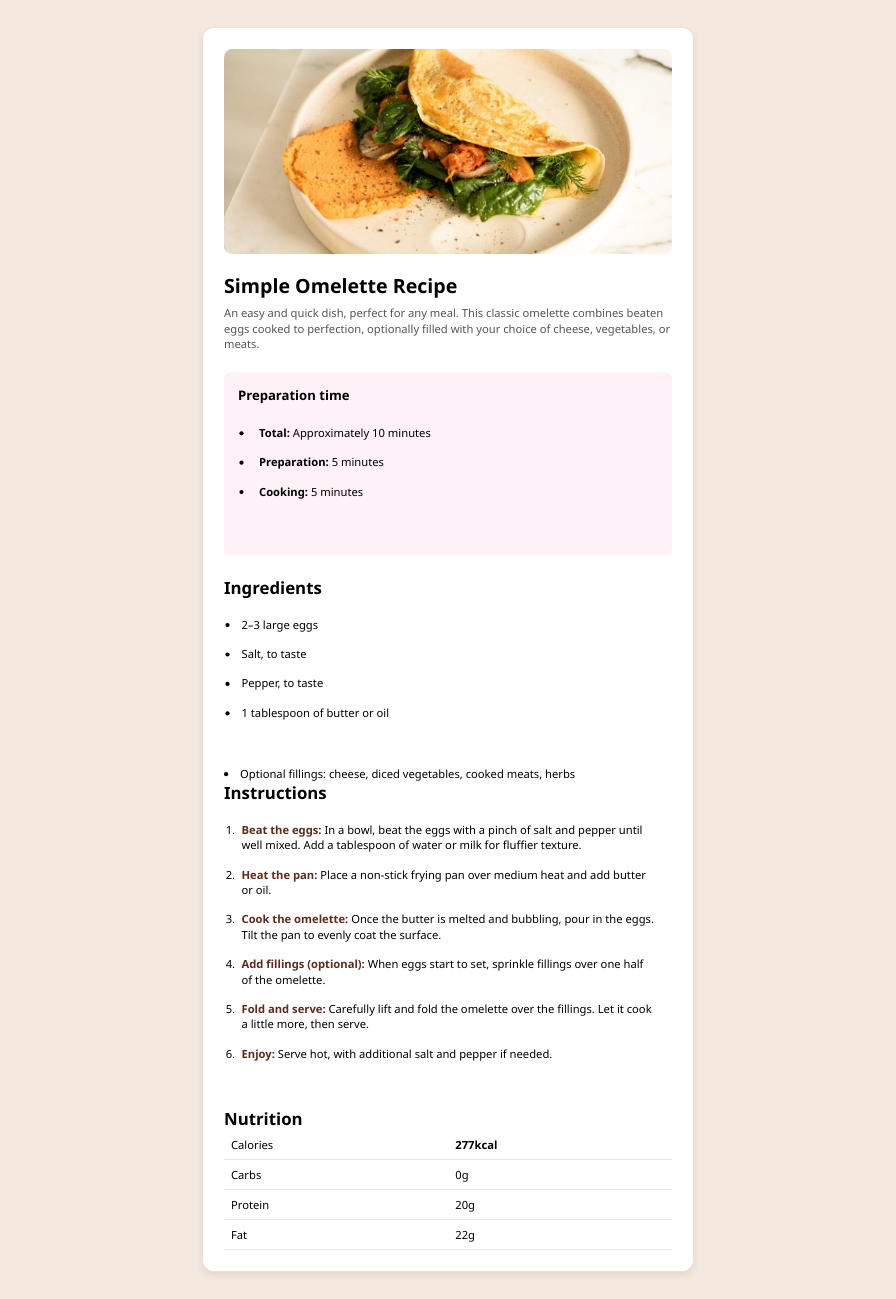
Repository: akbasliogulcan/omletterecipe
Page: index.html
An editor plug-in stored every save of this project. The page is shown before and after the next save, followed by the edit.
The browser window is 1280 px wide. The pictures show the whole page, at 70% of full size.

Above is the page before, as saved 2025-07-20 23:37:27.

### index.html
<!DOCTYPE html>
<html lang="en">

<head>
  <meta charset="UTF-8" />
  <meta name="viewport" content="width=device-width, initial-scale=1.0" />
  <title>Simple Omelette Recipe</title>
  <link rel="stylesheet" href="style.css" />
</head>

<body>
  <div class="container">
    <img src="./assets/images/image-omelette.jpeg" alt="Simple Omelette" class="header-image" />

    <h1>Simple Omelette Recipe</h1>
    <p class="description">
      An easy and quick dish, perfect for any meal. This classic omelette combines beaten eggs
      cooked to perfection, optionally filled with your choice of cheese, vegetables, or meats.
    </p>

    <div class="prep-time">
      <h3>Preparation time</h3>
      <ul>
        <li><strong>Total:</strong> Approximately 10 minutes</li>
        <li><strong>Preparation:</strong> 5 minutes</li>
        <li><strong>Cooking:</strong> 5 minutes</li>
      </ul>
    </div>

    <h2>Ingredients</h2>
    <div class="ingredients">
      <ul>
        <li>2–3 large eggs</li>
        <li>Salt, to taste</li>
        <li>Pepper, to taste</li>
        <li>1 tablespoon of butter or oil</li>
      </ul>
    </div>
    <li>Optional fillings: cheese, diced vegetables, cooked meats, herbs</li>
    </ul>

    <h2>Instructions</h2>
    <ol class="instructions">
      <li><strong>Beat the eggs:</strong> In a bowl, beat the eggs with a pinch of salt and pepper until well mixed. Add
        a tablespoon of water or milk for fluffier texture.</li>
      <li><strong>Heat the pan:</strong> Place a non-stick frying pan over medium heat and add butter or oil.</li>
      <li><strong>Cook the omelette:</strong> Once the butter is melted and bubbling, pour in the eggs. Tilt the pan to
        evenly coat the surface.</li>
      <li><strong>Add fillings (optional):</strong> When eggs start to set, sprinkle fillings over one half of the
        omelette.</li>
      <li><strong>Fold and serve:</strong> Carefully lift and fold the omelette over the fillings. Let it cook a little
        more, then serve.</li>
      <li><strong>Enjoy:</strong> Serve hot, with additional salt and pepper if needed.</li>
    </ol>

    <h2>Nutrition</h2>
    <table class="nutrition-table">
      <tr>
        <td>Calories</td>
        <td><strong>277kcal</strong></td>
      </tr>
      <tr>
        <td>Carbs</td>
        <td>0g</td>
      </tr>
      <tr>
        <td>Protein</td>
        <td>20g</td>
      </tr>
      <tr>
        <td>Fat</td>
        <td>22g</td>
      </tr>
    </table>
  </div>
</body>

</html>

### style.css
* {
  box-sizing: border-box;
  margin: 0;
  padding: 0;
}

body {
  font-family: "Segoe UI", sans-serif;
  background-color: #f4e8df;
}

.container {
  background-color: white;
  max-width: 700px;
  margin: 40px auto;
  padding: 30px;
  border-radius: 16px;
  box-shadow: 0 4px 12px rgba(0, 0, 0, 0.1);
}

.header-image {
  width: 100%;
  border-radius: 12px;
  margin-bottom: 20px;
}

h1 {
  font-size: 28px;
  margin-bottom: 10px;
  font-weight: 700;
}

.description {
  color: #555;
  margin-bottom: 30px;
}

.prep-time {
  background-color: #fef1f7;
  padding: 20px;
  border-radius: 10px;
  margin-bottom: 30px;
}

.prep-time h3 {
  margin-top: 0;
}

.prep-time li {
  padding: 10px;
}

ul,
ol {
  padding: 20px;
  padding-left: 20px;
  margin-bottom: 30px;
}

.ingredients li,
.instructions li {
  margin-bottom: 10px;
  padding: 5px;
}

.instructions li strong {
  color: #5e2b1b;
}

.nutrition-table {
  width: 100%;
  border-collapse: collapse;
}

.nutrition-table td {
  padding: 10px;
  border-bottom: 1px solid #ddd;
}

After the next save:
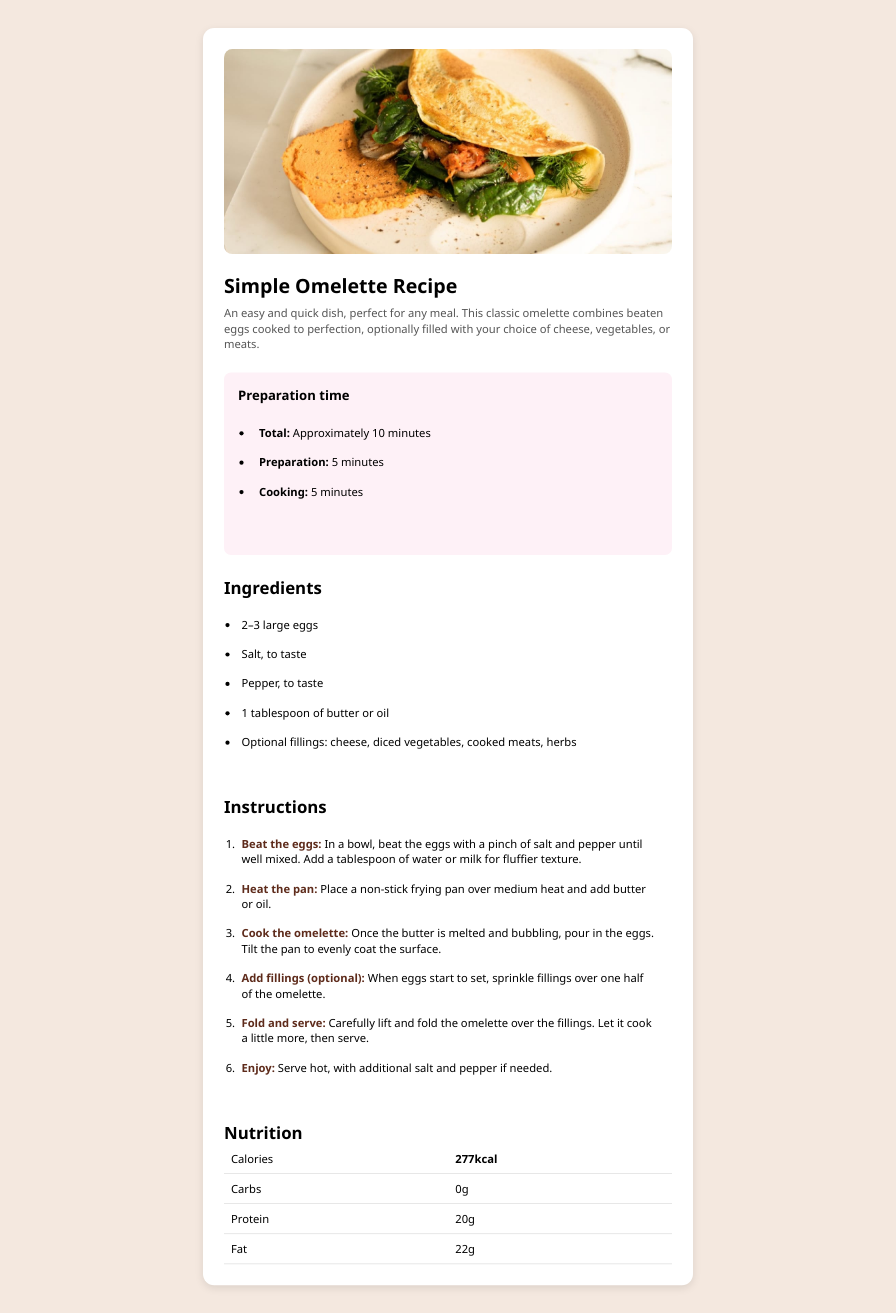
Saved 15 s later.
--- a/index.html
+++ b/index.html
@@ -34,9 +34,10 @@
         <li>Salt, to taste</li>
         <li>Pepper, to taste</li>
         <li>1 tablespoon of butter or oil</li>
+        <li>Optional fillings: cheese, diced vegetables, cooked meats, herbs</li>
+
       </ul>
     </div>
-    <li>Optional fillings: cheese, diced vegetables, cooked meats, herbs</li>
     </ul>
 
     <h2>Instructions</h2>
